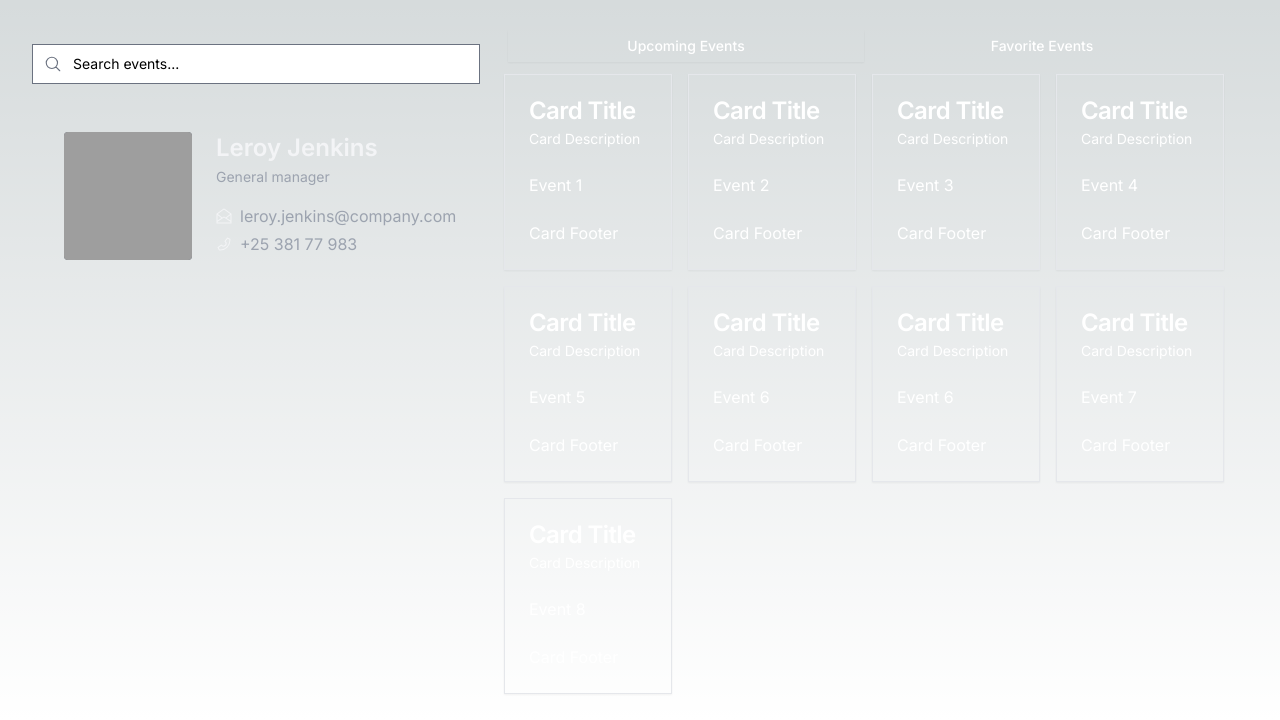
Repository: loktioncode/events-app
Page: /
These files come from the project's save history. The page is drawn as it stood at one moment and after the next save; the edit follows.
The browser window is 1280 px wide. The pictures show the whole page.
Pictures or frames that could not be fetched are drawn as grey boxes. The project was rebuilt for these pictures with package versions that can differ from the ones it lists, and the page was loaded fresh each time. The framework's server and built-in components were replaced by stand-ins that run in the browser. Also part of the build but not shown: next.config.js, components/favouriteEvents.tsx.

Above is the page before, as saved 2023-11-30 21:17:08.

After the next save:
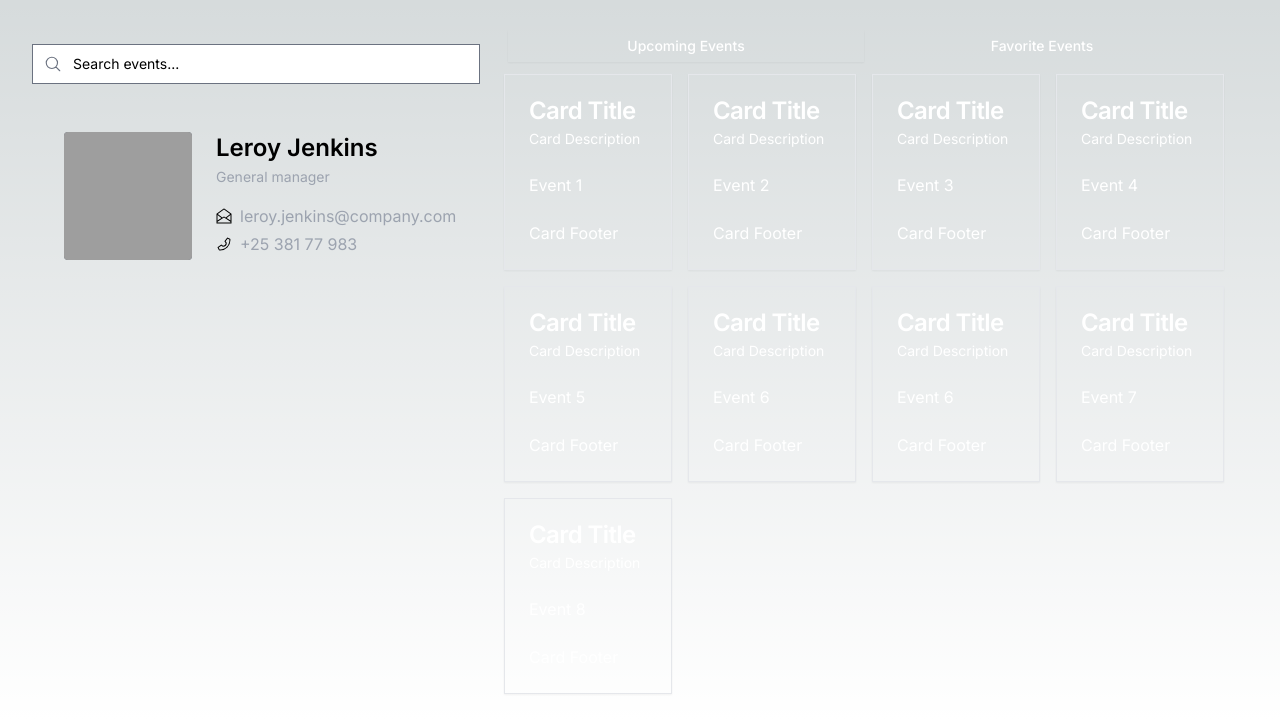
Saved 17 s later.
--- a/components/bandInfo.tsx
+++ b/components/bandInfo.tsx
@@ -3,7 +3,7 @@
 export default function BandInfo() {
 
     return (
-        <div className="max-w-md p-8 sm:flex sm:space-x-6 border-gray text-gray-100 mt-4 h-[80vh]">
+        <div className="max-w-md p-8 sm:flex sm:space-x-6 border-gray text-black mt-4 h-[80vh]">
             <div className="flex-shrink-0 w-full mb-6 h-44 sm:h-32 sm:w-32 sm:mb-0">
                 <img src="https://source.unsplash.com/100x100/?portrait?1" alt="" className="object-cover object-center w-full h-full rounded bg-gray-500" />
             </div>
